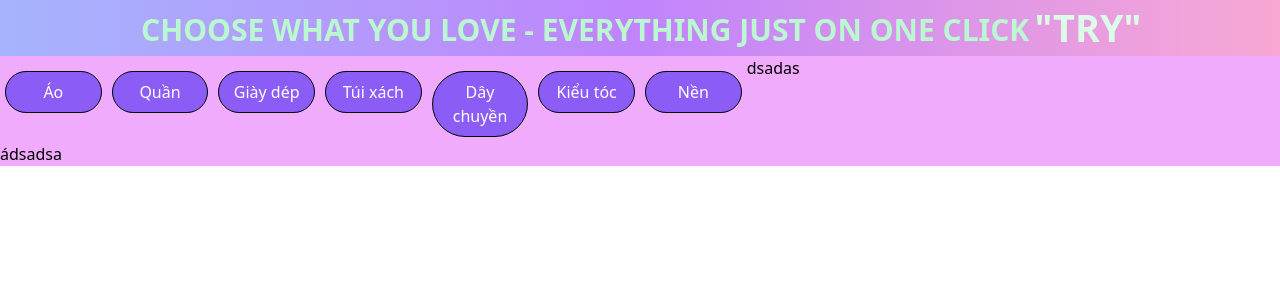
Repository: NguyenVietPhuQuy/ReactJs-TailWind-Redux-FunctionHook-ModelDesign
Page: / (app in modeldesign/)
An editor plug-in stored every save of this project. The page is shown before and after the next save, followed by the edit.
The browser window is 1280 px wide. The pictures show the whole page.
The project was rebuilt for these pictures with package versions that can differ from the ones it lists, and the page was loaded fresh each time. Also part of the build but not shown: modeldesign/src/App.css.

Above is the page before, as saved 2022-11-17 13:41:40.

### modeldesign/public/index.html
<!DOCTYPE html>
<html lang="en">
  <head>
    <meta charset="utf-8" />
    <link rel="icon" href="%PUBLIC_URL%/favicon.ico" />
    <meta name="viewport" content="width=device-width, initial-scale=1" />
    <meta name="theme-color" content="#000000" />
    <meta
      name="description"
      content="Web site created using create-react-app"
    />
    <!--bootstrap-->
    <link rel="stylesheet" href="https://cdnjs.cloudflare.com/ajax/libs/bootstrap/5.2.2/js/bootstrap.min.js">
    <link rel="apple-touch-icon" href="%PUBLIC_URL%/logo192.png" />
    <!--
      manifest.json provides metadata used when your web app is installed on a
      user's mobile device or desktop. See https://developers.google.com/web/fundamentals/web-app-manifest/
    -->
    <link rel="manifest" href="%PUBLIC_URL%/manifest.json" />
    <!--
      Notice the use of %PUBLIC_URL% in the tags above.
      It will be replaced with the URL of the `public` folder during the build.
      Only files inside the `public` folder can be referenced from the HTML.

      Unlike "/favicon.ico" or "favicon.ico", "%PUBLIC_URL%/favicon.ico" will
      work correctly both with client-side routing and a non-root public URL.
      Learn how to configure a non-root public URL by running `npm run build`.
    -->
    <title>React App</title>
  </head>
  <body>
    <noscript>You need to enable JavaScript to run this app.</noscript>
    <div id="root"></div>
    <!--
      This HTML file is a template.
      If you open it directly in the browser, you will see an empty page.

      You can add webfonts, meta tags, or analytics to this file.
      The build step will place the bundled scripts into the <body> tag.

      To begin the development, run `npm start` or `yarn start`.
      To create a production bundle, use `npm run build` or `yarn build`.
    -->
  </body>
</html>

### modeldesign/src/index.js
import React from 'react';
import ReactDOM from 'react-dom/client';
import './index.css';
import App from './App';
import reportWebVitals from './reportWebVitals';
import {Provider} from 'react-redux'
import store from './Components/Reducer/Store';
const root = ReactDOM.createRoot(document.getElementById('root'));
root.render(
  <React.StrictMode>
    <Provider store ={store}>
    <App/>
    </Provider>
  </React.StrictMode>
);

// If you want to start measuring performance in your app, pass a function
// to log results (for example: reportWebVitals(console.log))
// or send to an analytics endpoint. Learn more: https://bit.ly/CRA-vitals
reportWebVitals();

### modeldesign/src/App.js
import React from 'react';
import './App.css';
import Home from './Components/Home.js'
function App() {
  return (
    <div>
      <Home/>
    </div>
  );
}

export default App;

### modeldesign/src/Components/Reducer/Store.js
import {createStore} from "redux"
import rootReducer from "./RootReducer"

const store = createStore(rootReducer,window.__REDUX_DEVTOOLS_EXTENSION__ && window.__REDUX_DEVTOOLS_EXTENSION__())
export default store

### modeldesign/src/Components/Home.js
import React from "react";
import Header from './Header.js'
import Category from "./Category.js";
import ProductList from "./ProductList.js";
import Model from "./Model.js";
function Home() {
    return (
        <div className="container mx-auto relative bg-fuchsia-300">
            <section className=
            " bg-gradient-to-r from-indigo-300 via-purple-400 to-pink-300 w-full ring-2 ring-transparent">
                    <Header/>
            </section>
            <section className="main flex flex-row">
                <div className="basis-7/12">
                    <Category/>
                    <ProductList/>
                </div>
                <div className="basis-5/12">
                    <Model />
                </div>
            </section>
        </div>
    )
}
export default Home

### modeldesign/src/Components/Reducer/RootReducer.js
import { combineReducers } from "redux";
import ProductReducer from './ProductReducer'
import CategoryReducer from './CategoryReducer'

const RootReducer = combineReducers({
    products: ProductReducer,
    categories: CategoryReducer,

})

export default RootReducer

### modeldesign/src/Components/Header.js
import React from "react";
import 'animate.css'
function Header(){
    return (
        <div className="text-center text-3xl p-2 font-semibold text-green-200 ">
            CHOOSE WHAT YOU LOVE - EVERYTHING JUST ON ONE CLICK <span className="text-green-100 font-bold text-4xl animate__animated animate__pulse animate__infinite inline-block">"TRY" </span>
        </div>
    )
}
export default Header

### modeldesign/src/Components/Category.js
import React from "react";
import { useSelector } from 'react-redux'


function Category(props) {
    const returnValue = useSelector(state => state.categories.category)
    return (
        <div className=" flex flex-row w-full">
            {returnValue.map((item) => {
                return (
                    <div className="w-1/2" style={{marginTop: 10, padding:5}}>
                        <button className="p-2 w-full rounded-full text-white
                         bg-violet-500 hover:bg-violet-600 active:bg-violet-700 focus:outline-none"  style={{ outline:"none",border: "1px solid black"}} >{item.showName}</button>
                    </div>
                )
            })}
        </div>
    )
}

export default Category

### modeldesign/src/Components/ProductList.js
import React from "react";
function ProductList(){
    return(<div>
ádsadsa
    </div>)
}
export default ProductList

### modeldesign/src/Components/Model.js
import React from "react";
function Model(){
    return(<div>
        dsadas
    </div>)
}
export default Model

### modeldesign/src/Components/Reducer/ProductReducer.js

const initialState = {
    product: [{
        id: 'topcloth_1',
        type: "topclothes",
        name: "Top Cloth 1",
        desc: "Lorem ipsum dolor, sit amet consectetur adipisicing elit. Aliquid, nulla.",
        imgSrc_jpg: 'images/clothes/topcloth1_show.jpg',
        imgSrc_png: 'images/clothes/topcloth1.png',
    },
    {
        id: 'topcloth_2',
        type: "topclothes",
        name: "Top Cloth 2",
        desc: "Lorem ipsum dolor, sit amet consectetur adipisicing elit. Aliquid, nulla.",
        imgSrc_jpg: 'images/clothes/topcloth2_show.jpg',
        imgSrc_png: 'images/clothes/topcloth2.png',
    },
    {
        id: 'topcloth_3',
        type: "topclothes",
        name: "Top Cloth 3",
        desc: "Lorem ipsum dolor, sit amet consectetur adipisicing elit. Aliquid, nulla.",
        imgSrc_jpg: 'images/clothes/topcloth3_show.jpg',
        imgSrc_png: 'images/clothes/topcloth3.png',
    },
    {
        id: 'topcloth_4',
        type: "topclothes",
        name: "Top Cloth 4",
        desc: "Lorem ipsum dolor, sit amet consectetur adipisicing elit. Aliquid, nulla.",
        imgSrc_jpg: 'images/clothes/topcloth4_show.jpg',
        imgSrc_png: 'images/clothes/topcloth4.png',
    },
    {
        id: 'topcloth_5',
        type: "topclothes",
        name: "Top Cloth 5",
        desc: "Lorem ipsum dolor, sit amet consectetur adipisicing elit. Aliquid, nulla.",
        imgSrc_jpg: 'images/clothes/topcloth5_show.jpg',
        imgSrc_png: 'images/clothes/topcloth5.png',
    },
    {
        id: 'topcloth_6',
        type: "topclothes",
        name: "Top Cloth ",
        desc: "Lorem ipsum dolor, sit amet consectetur adipisicing elit. Aliquid, nulla.",
        imgSrc_jpg: 'images/clothes/topcloth6_show.jpg',
        imgSrc_png: 'images/clothes/topcloth6.png',
    },

    // Both clothes
    {
        id: 'botcloth_1',
        type: "botclothes",
        name: "Bot Cloth 1",
        desc: "Lorem ipsum dolor, sit amet consectetur adipisicing elit. Aliquid, nulla.",
        imgSrc_jpg: 'images/clothes/botcloth1_show.jpg',
        imgSrc_png: 'images/clothes/botcloth1.png',
    },
    {
        id: 'botcloth_2',
        type: "botclothes",
        name: "Bot Cloth 2",
        desc: "Lorem ipsum dolor, sit amet consectetur adipisicing elit. Aliquid, nulla.",
        imgSrc_jpg: 'images/clothes/botcloth2_show.jpg',
        imgSrc_png: 'images/clothes/botcloth2.png',
    },
    {
        id: 'botcloth_3',
        type: "botclothes",
        name: "Bot Cloth 3",
        desc: "Lorem ipsum dolor, sit amet consectetur adipisicing elit. Aliquid, nulla.",
        imgSrc_jpg: 'images/clothes/botcloth3_show.jpg',
        imgSrc_png: 'images/clothes/botcloth3.png',
    },
    {
        id: 'botcloth_4',
        type: "botclothes",
        name: "Bot Cloth 4",
        desc: "Lorem ipsum dolor, sit amet consectetur adipisicing elit. Aliquid, nulla.",
        imgSrc_jpg: 'images/clothes/botcloth4_show.jpg',
        imgSrc_png: 'images/clothes/botcloth4.png',
    },
    {
        id: 'botcloth_5',
        type: "botclothes",
        name: "Bot Cloth 5",
        desc: "Lorem ipsum dolor, sit amet consectetur adipisicing elit. Aliquid, nulla.",
        imgSrc_jpg: 'images/clothes/botcloth5_show.jpg',
        imgSrc_png: 'images/clothes/botcloth5.png',
    },

    // Shoes
    {
        id: 'shoes_1',
        type: "shoes",
        name: "Shoes 1",
        desc: "Lorem ipsum dolor, sit amet consectetur adipisicing elit. Aliquid, nulla.",
        imgSrc_jpg: 'images/shoes/shoes1_show.jpg',
        imgSrc_png: 'images/shoes/shoes1.png',
    },
    {
        id: 'shoes_2',
        type: "shoes",
        name: "Shoes 2",
        desc: "Lorem ipsum dolor, sit amet consectetur adipisicing elit. Aliquid, nulla.",
        imgSrc_jpg: 'images/shoes/shoes2_show.jpg',
        imgSrc_png: 'images/shoes/shoes2.png',
    },
    {
        id: 'shoes_3',
        type: "shoes",
        name: "Shoes 3",
        desc: "Lorem ipsum dolor, sit amet consectetur adipisicing elit. Aliquid, nulla.",
        imgSrc_jpg: 'images/shoes/shoes3_show.jpg',
        imgSrc_png: 'images/shoes/shoes3.png',
    },
    {
        id: 'shoes_4',
        type: "shoes",
        name: "Shoes 4",
        desc: "Lorem ipsum dolor, sit amet consectetur adipisicing elit. Aliquid, nulla.",
        imgSrc_jpg: 'images/shoes/shoes4_show.jpg',
        imgSrc_png: 'images/shoes/shoes4.png',
    },
    {
        id: 'shoes_5',
        type: "shoes",
        name: "Shoes 5",
        desc: "Lorem ipsum dolor, sit amet consectetur adipisicing elit. Aliquid, nulla.",
        imgSrc_jpg: 'images/shoes/shoes5_show.jpg',
        imgSrc_png: 'images/shoes/shoes5.png',
    },

    // Handbags
    {
        id: 'handbag_1',
        type: "handbags",
        name: "Handbag 1",
        desc: "Lorem ipsum dolor, sit amet consectetur adipisicing elit. Aliquid, nulla.",
        imgSrc_jpg: 'images/handbags/handbag1_show.jpg',
        imgSrc_png: 'images/handbags/handbag1.png',
    },
    {
        id: 'handbag_2',
        type: "handbags",
        name: "Handbag 2",
        desc: "Lorem ipsum dolor, sit amet consectetur adipisicing elit. Aliquid, nulla.",
        imgSrc_jpg: 'images/handbags/handbag2_show.jpg',
        imgSrc_png: 'images/handbags/handbag2.png',
    },
    {
        id: 'handbag_3',
        type: "handbags",
        name: "Handbag 3",
        desc: "Lorem ipsum dolor, sit amet consectetur adipisicing elit. Aliquid, nulla.",
        imgSrc_jpg: 'images/handbags/handbag3_show.jpg',
        imgSrc_png: 'images/handbags/handbag3.png',
    },

    // Necklaces
    {
        id: 'necklace_1',
        type: "necklaces",
        name: "Necklace 1",
        desc: "Lorem ipsum dolor, sit amet consectetur adipisicing elit. Aliquid, nulla.",
        imgSrc_jpg: 'images/necklaces/necklace1_show.jpg',
        imgSrc_png: 'images/necklaces/necklace1.png',
    },
    {
        id: 'necklace_2',
        type: "necklaces",
        name: "Necklace 2",
        desc: "Lorem ipsum dolor, sit amet consectetur adipisicing elit. Aliquid, nulla.",
        imgSrc_jpg: 'images/necklaces/necklace2_show.jpg',
        imgSrc_png: 'images/necklaces/necklace2.png',
    },
    {
        id: 'necklace_3',
        type: "necklaces",
        name: "Necklace 3",
        desc: "Lorem ipsum dolor, sit amet consectetur adipisicing elit. Aliquid, nulla.",
        imgSrc_jpg: 'images/necklaces/necklace3_show.jpg',
        imgSrc_png: 'images/necklaces/necklace3.png',
    },

    // Hairstyle
    {
        id: 'hairstyle_1',
        type: "hairstyle",
        name: "Hairstyle 1",
        desc: "Lorem ipsum dolor, sit amet consectetur adipisicing elit. Aliquid, nulla.",
        imgSrc_jpg: 'images/hairstyle/hairstyle1_show.jpg',
        imgSrc_png: 'images/hairstyle/hairstyle1.png',
    },
    {
        id: 'hairstyle_2',
        type: "hairstyle",
        name: "Hairstyle 2",
        desc: "Lorem ipsum dolor, sit amet consectetur adipisicing elit. Aliquid, nulla.",
        imgSrc_jpg: 'images/hairstyle/hairstyle2_show.jpg',
        imgSrc_png: 'images/hairstyle/hairstyle2.png',
    },
    {
        id: 'hairstyle_3',
        type: "hairstyle",
        name: "Hairstyle 3",
        desc: "Lorem ipsum dolor, sit amet consectetur adipisicing elit. Aliquid, nulla.",
        imgSrc_jpg: 'images/hairstyle/hairstyle3_show.jpg',
        imgSrc_png: 'images/hairstyle/hairstyle3.png',
    },

    // Background
    {
        id: 'background_1',
        type: "background",
        name: "Background 1",
        desc: "Lorem ipsum dolor, sit amet consectetur adipisicing elit. Aliquid, nulla.",
        imgSrc_jpg: 'images/background/background1_show.jpg',
        imgSrc_png: 'images/background/background1.jpg',
    },
    {
        id: 'background_2',
        type: "background",
        name: "Background 2",
        desc: "Lorem ipsum dolor, sit amet consectetur adipisicing elit. Aliquid, nulla.",
        imgSrc_jpg: 'images/background/background2_show.jpg',
        imgSrc_png: 'images/background/background2.jpg',
    },
    {
        id: 'background_3',
        type: "background",
        name: "Background 3",
        desc: "Lorem ipsum dolor, sit amet consectetur adipisicing elit. Aliquid, nulla.",
        imgSrc_jpg: 'images/background/background3_show.jpg',
        imgSrc_png: 'images/background/background3.jpg',
    },
    {
        id: 'background_4',
        type: "background",
        name: "Background 4",
        desc: "Lorem ipsum dolor, sit amet consectetur adipisicing elit. Aliquid, nulla.",
        imgSrc_jpg: 'images/background/background4_show.jpg',
        imgSrc_png: 'images/background/background4.jpg',
    },
    {
        id: 'background_5',
        type: "background",
        name: "Background 5",
        desc: "Lorem ipsum dolor, sit amet consectetur adipisicing elit. Aliquid, nulla.",
        imgSrc_jpg: 'images/background/background5_show.jpg',
        imgSrc_png: 'images/background/background5.jpg',
    },
    {
        id: 'background_6',
        type: "background",
        name: "Background 6",
        desc: "Lorem ipsum dolor, sit amet consectetur adipisicing elit. Aliquid, nulla.",
        imgSrc_jpg: 'images/background/background6_show.jpg',
        imgSrc_png: 'images/background/background6.jpg',
    },
    {
        id: 'background_7',
        type: "background",
        name: "Background 7",
        desc: "Lorem ipsum dolor, sit amet consectetur adipisicing elit. Aliquid, nulla.",
        imgSrc_jpg: 'images/background/background7_show.jpg',
        imgSrc_png: 'images/background/background7.jpg',
    },
    ],
}
const ProductReducer = (state = initialState) => {
    return state
}

export default ProductReducer

### modeldesign/src/Components/Reducer/CategoryReducer.js
const initialState ={
    category: [
        { tabName: 'tabTopClothes', showName: 'Áo', type: 'topclothes' },
        { tabName: 'tabBotClothes', showName: 'Quần', type: 'botclothes' },
        { tabName: 'tabShoes', showName: 'Giày dép', type: 'shoes' },
        { tabName: 'tabHandBags', showName: 'Túi xách', type: 'handbags' },
        { tabName: 'tabNecklaces', showName: 'Dây chuyền', type: 'necklaces' },
        { tabName: 'tabHairStyle', showName: 'Kiểu tóc', type: 'hairstyle' },
        { tabName: 'tabBackground', showName: 'Nền', type: 'background' }
    ]
}
const CategoryReducer = (state=initialState) =>{
    return state
}
export default CategoryReducer

Loaded but not shown: modeldesign/src/index.css (common file); modeldesign/src/reportWebVitals.js (common file); modeldesign/tailwind.config.js (common file)

After the next save:
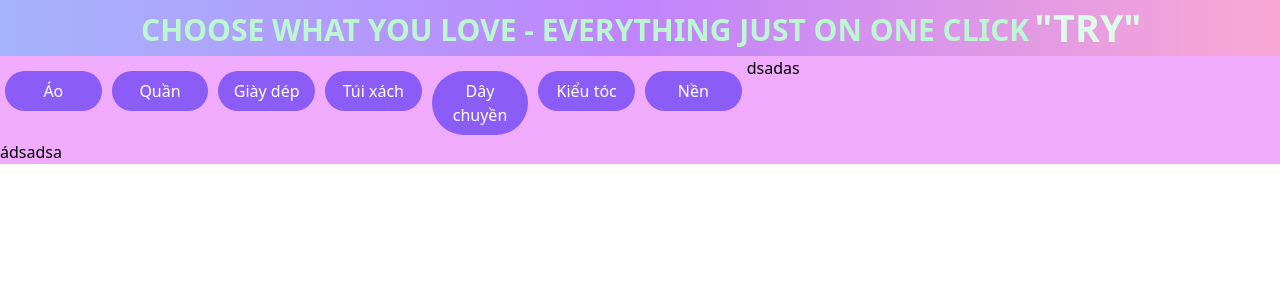
Saved 13 s later.
--- a/modeldesign/src/Components/Category.js
+++ b/modeldesign/src/Components/Category.js
@@ -10,7 +10,7 @@ function Category(props) {
                 return (
                     <div className="w-1/2" style={{marginTop: 10, padding:5}}>
                         <button className="p-2 w-full rounded-full text-white
-                         bg-violet-500 hover:bg-violet-600 active:bg-violet-700 focus:outline-none"  style={{ outline:"none",border: "1px solid black"}} >{item.showName}</button>
+                         bg-violet-500 hover:bg-violet-600 active:bg-violet-700 focus:outline-none"  style={{ outline:"none",border: "none"}} >{item.showName}</button>
                     </div>
                 )
             })}
